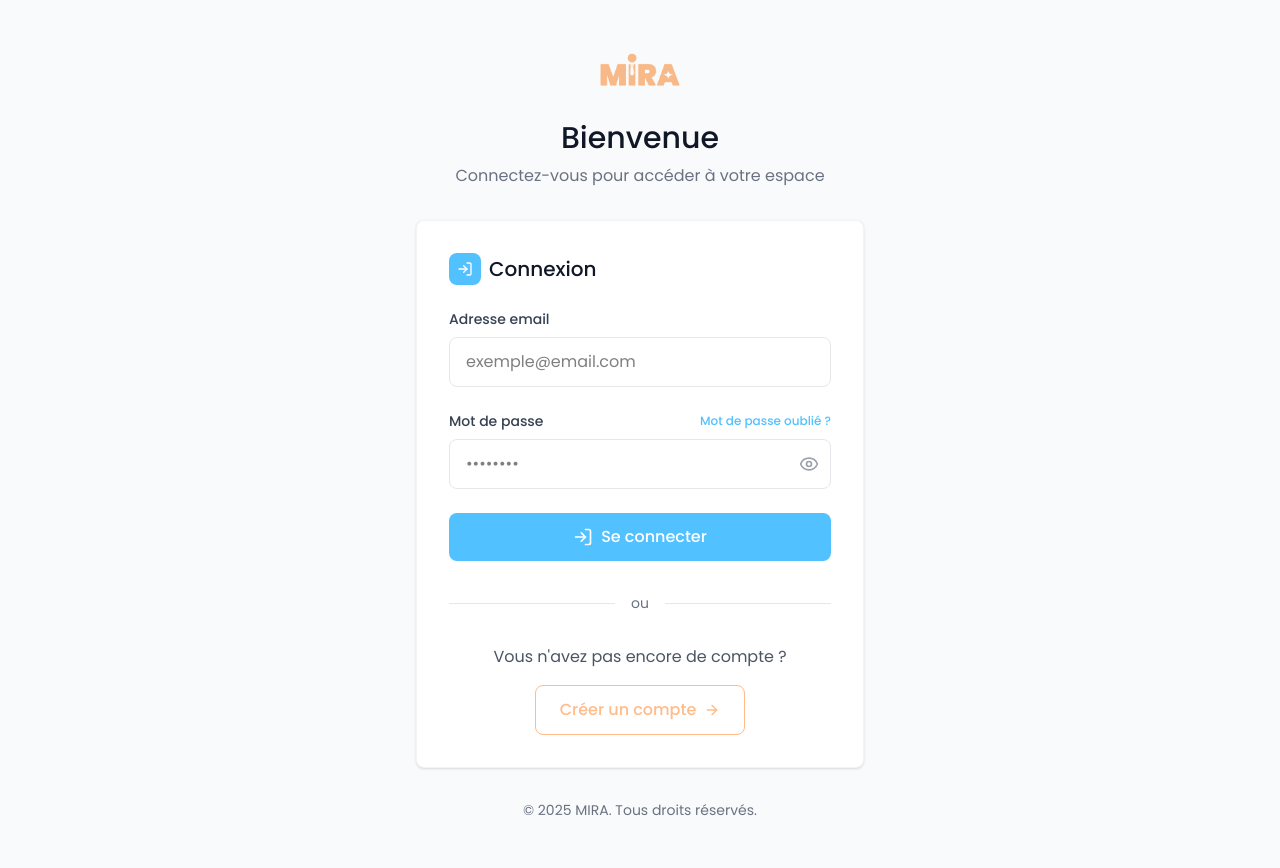
Repository: vladimirmoulart/mira-website
Page: /connexion
The author's editor kept a copy of each file at every save. The page is drawn from the files as they stood at one save, then again after the next save.
The browser window is 1280 px wide. The pictures show the whole page.
The page's requests for data from a server got no answer. The project was rebuilt for these pictures with package versions that can differ from the ones it lists, and the page was loaded fresh each time. The framework's server and built-in components were replaced by stand-ins that run in the browser. No one was signed in, and anything a server would have sent is missing. Also part of the build but not shown: next.config.ts.

Above is the page before, as saved 2025-06-03 22:46:14.

### src/app/connexion/page.tsx
"use client"

import type React from "react"

import { useState } from "react"
import Link from "next/link"
import Image from "next/image"
import { supabase } from "../../../lib/supabaseClient"
import { Eye, EyeOff, LogIn, AlertCircle, CheckCircle, Loader2, ArrowRight } from "lucide-react"

export default function Connexion() {
  const [email, setEmail] = useState("")
  const [password, setPassword] = useState("")
  const [errorMessage, setErrorMessage] = useState("")
  const [successMessage, setSuccessMessage] = useState("")
  const [isLoading, setIsLoading] = useState(false)
  const [showPassword, setShowPassword] = useState(false)

  const handleSubmit = async (e: React.FormEvent) => {
    e.preventDefault()
    setErrorMessage("")
    setSuccessMessage("")
    setIsLoading(true)

    try {
      const { data, error } = await supabase.auth.signInWithPassword({
        email,
        password,
      })

      if (error) {
        setErrorMessage(error.message)
        return
      }

      setSuccessMessage("Connexion réussie ! Redirection...")

      setTimeout(() => {
        window.location.href = "/dashboard/feed"
      }, 1500)
    } catch (error) {
      setErrorMessage("Une erreur inattendue s'est produite. Veuillez réessayer.")
      console.error("Login error:", error)
    } finally {
      setIsLoading(false)
    }
  }

  return (
    <div className="min-h-screen bg-gray-50 flex flex-col items-center justify-center px-4 py-12">
      <div className="w-full max-w-md">
        {/* Logo and header */}
        <div className="text-center mb-8">
          <div className="flex justify-center mb-6">
            <Image src="/images/logo-mira.png" alt="Logo MIRA" width={80} height={80} priority />
          </div>
          <h1 className="text-3xl font-medium text-gray-900">Bienvenue</h1>
          <p className="text-gray-500 mt-2">Connectez-vous pour accéder à votre espace</p>
        </div>

        {/* Card */}
        <div className="bg-white rounded-lg shadow-sm border border-gray-100 p-8">
          <h2 className="text-xl font-medium text-gray-900 mb-6 flex items-center gap-2">
            <div className="w-8 h-8 bg-[#52c1ff] rounded-lg flex items-center justify-center">
              <LogIn className="w-4 h-4 text-white" />
            </div>
            Connexion
          </h2>

          {/* Status messages */}
          {successMessage && (
            <div className="mb-6 p-4 bg-green-50 rounded-lg flex items-center gap-3 border border-green-200">
              <CheckCircle className="w-5 h-5 text-green-500 flex-shrink-0" />
              <p className="text-green-800 text-sm">{successMessage}</p>
            </div>
          )}

          {errorMessage && (
            <div className="mb-6 p-4 bg-red-50 rounded-lg flex items-center gap-3 border border-red-200">
              <AlertCircle className="w-5 h-5 text-red-500 flex-shrink-0" />
              <p className="text-red-800 text-sm">{errorMessage}</p>
            </div>
          )}

          {/* Form */}
          <form onSubmit={handleSubmit} className="space-y-6">
            <div className="space-y-2">
              <label htmlFor="email" className="block text-sm font-medium text-gray-700">
                Adresse email
              </label>
              <input
                id="email"
                type="email"
                placeholder="exemple@email.com"
                required
                value={email}
                onChange={(e) => setEmail(e.target.value)}
                className="w-full px-4 py-3 border border-gray-200 rounded-lg focus:outline-none focus:ring-2 focus:ring-[#52c1ff] focus:border-transparent transition-all"
                disabled={isLoading}
              />
            </div>

            <div className="space-y-2">
              <div className="flex items-center justify-between">
                <label htmlFor="password" className="block text-sm font-medium text-gray-700">
                  Mot de passe
                </label>
                <Link
                  href="/mot-de-passe-oublie"
                  className="text-xs font-medium text-[#52c1ff] hover:text-[#52c1ff]/80 transition-colors"
                >
                  Mot de passe oublié ?
                </Link>
              </div>
              <div className="relative">
                <input
                  id="password"
                  type={showPassword ? "text" : "password"}
                  placeholder="••••••••"
                  required
                  value={password}
                  onChange={(e) => setPassword(e.target.value)}
                  className="w-full px-4 py-3 border border-gray-200 rounded-lg focus:outline-none focus:ring-2 focus:ring-[#52c1ff] focus:border-transparent transition-all pr-10"
                  disabled={isLoading}
                />
                <button
                  type="button"
                  onClick={() => setShowPassword(!showPassword)}
                  className="absolute right-3 top-1/2 transform -translate-y-1/2 text-gray-400 hover:text-gray-600 transition-colors"
                  tabIndex={-1}
                >
                  {showPassword ? <EyeOff className="w-5 h-5" /> : <Eye className="w-5 h-5" />}
                </button>
              </div>
            </div>

            <button
              type="submit"
              disabled={isLoading}
              className="w-full py-3 px-4 bg-[#52c1ff] hover:bg-[#52c1ff]/90 text-white font-medium rounded-lg transition-colors flex items-center justify-center gap-2 disabled:opacity-50 disabled:cursor-not-allowed"
            >
              {isLoading ? (
                <>
                  <Loader2 className="w-5 h-5 animate-spin" />
                  Connexion en cours...
                </>
              ) : (
                <>
                  <LogIn className="w-5 h-5" />
                  Se connecter
                </>
              )}
            </button>
          </form>

          {/* Divider */}
          <div className="relative my-8">
            <div className="absolute inset-0 flex items-center">
              <div className="w-full border-t border-gray-200"></div>
            </div>
            <div className="relative flex justify-center text-sm">
              <span className="px-4 bg-white text-gray-500">ou</span>
            </div>
          </div>

          {/* Registration link */}
          <div className="text-center">
            <p className="text-gray-600 mb-4">Vous n'avez pas encore de compte ?</p>
            <Link
              href="/inscription"
              className="inline-flex items-center justify-center gap-2 py-3 px-6 bg-white border border-[#ffbb88] text-[#ffbb88] font-medium rounded-lg hover:bg-[#ffbb88] hover:text-white transition-all duration-300"
            >
              Créer un compte
              <ArrowRight className="w-4 h-4" />
            </Link>
          </div>
        </div>

        {/* Footer */}
        <div className="mt-8 text-center text-sm text-gray-500">
          <p>© {new Date().getFullYear()} MIRA. Tous droits réservés.</p>
        </div>
      </div>
    </div>
  )
}

### src/app/globals.css
@import "tailwindcss";

:root {
  --background: #ffffff;
  --foreground: black;
}

@theme inline {
  --color-background: var(--background);
  --color-foreground: var(--foreground);
  --font-sans: var(--font-geist-sans);
  --font-mono: var(--font-geist-mono);
}

@media (prefers-color-scheme: dark) {
  :root {
    --background: #ffffff;
    --foreground: black;
  }
}

body {
  background: var(--background);
  color: var(--foreground);
  font-family: var(--font-poppins), sans-serif;
}

### lib/supabaseClient.ts
// lib/supabaseClient.ts
import { createPagesBrowserClient } from '@supabase/auth-helpers-nextjs'

const supabaseUrl = process.env.NEXT_PUBLIC_SUPABASE_URL!
const supabaseAnonKey = process.env.NEXT_PUBLIC_SUPABASE_ANON_KEY!

export const supabase = createPagesBrowserClient()

Loaded but not shown: src/app/layout.tsx (common file)

After the next save:
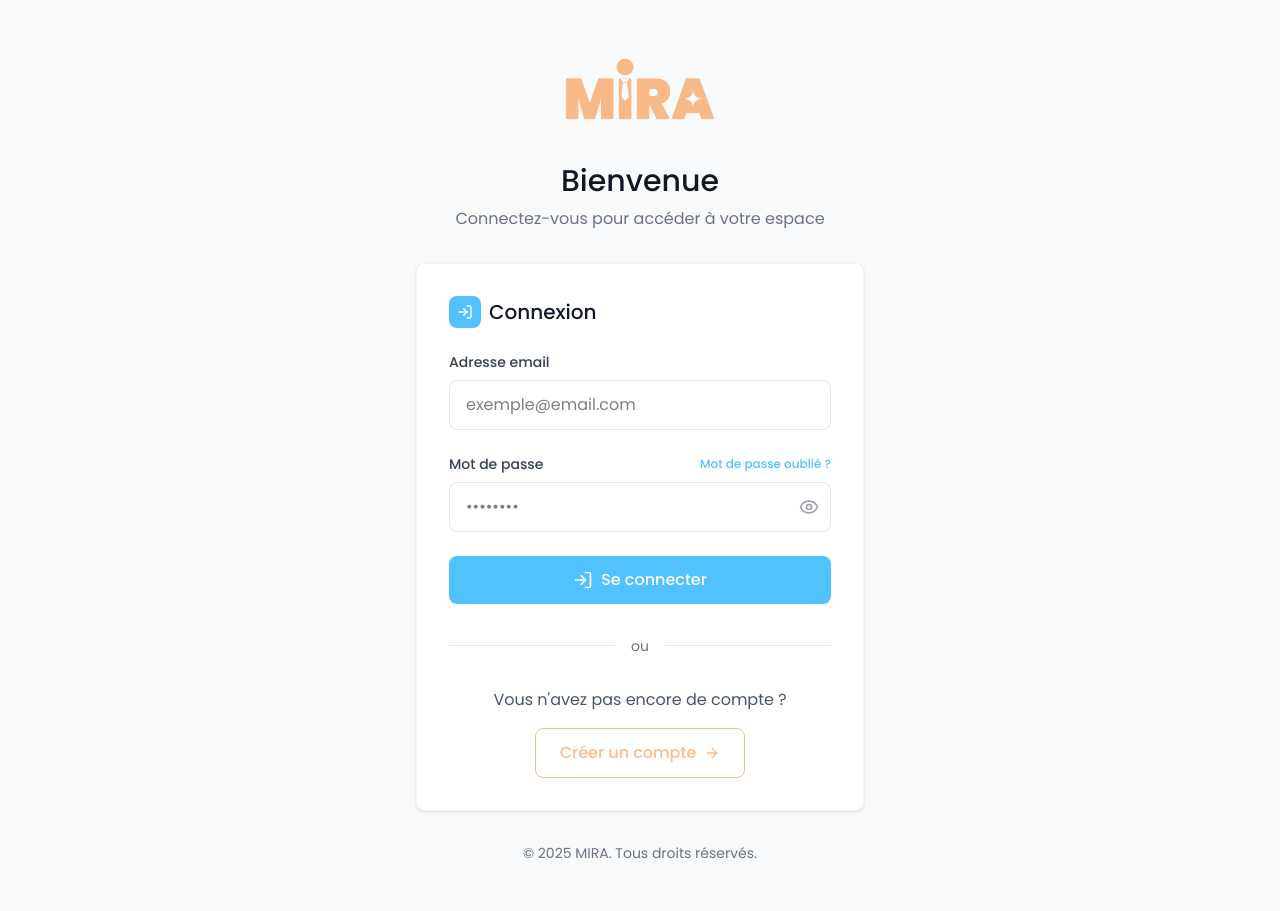
Saved 53 s later.
--- a/src/app/connexion/page.tsx
+++ b/src/app/connexion/page.tsx
@@ -52,7 +52,7 @@ export default function Connexion() {
         {/* Logo and header */}
         <div className="text-center mb-8">
           <div className="flex justify-center mb-6">
-            <Image src="/images/logo-mira.png" alt="Logo MIRA" width={80} height={80} priority />
+            <Image src="/images/logo-mira.png" alt="Logo MIRA" width={150} height={150} priority />
           </div>
           <h1 className="text-3xl font-medium text-gray-900">Bienvenue</h1>
           <p className="text-gray-500 mt-2">Connectez-vous pour accéder à votre espace</p>
